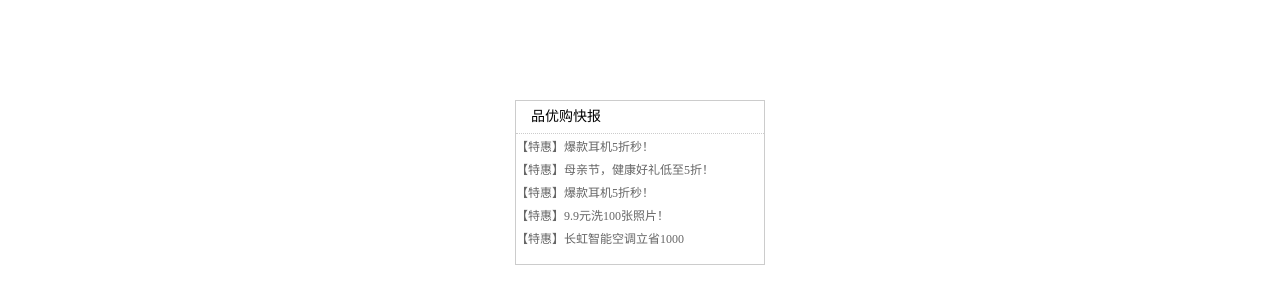
Repository: TheBestBadGuy0228/code
Page: 快报模块.html
The author's editor kept a copy of each file at every save. The page is drawn from the files as they stood at one save, then again after the next save.
The browser window is 1280 px wide. The pictures show the whole page.

Above is the page before, as saved 2021-12-08 13:48:57.

After the next save:
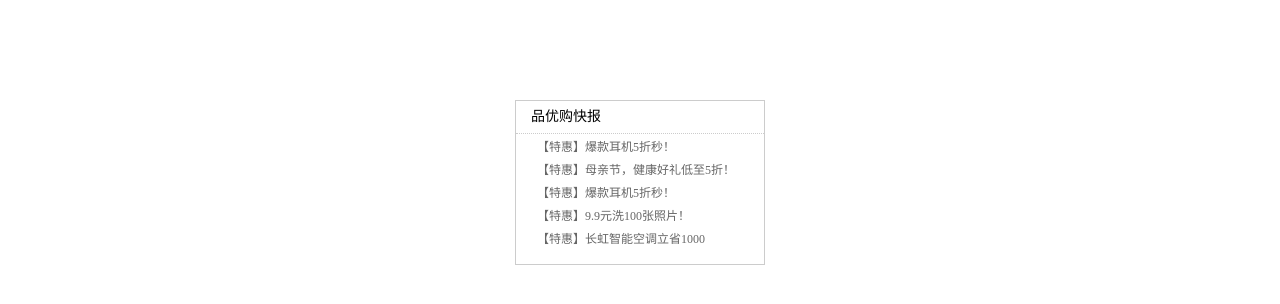
Saved 80 s later.
--- a/快报模块.html
+++ b/快报模块.html
@@ -44,6 +44,7 @@
         /* 去掉列表前面的小圆点 */
         li {
             list-style: none;
+            margin-left: 21px;
         }
 
         .kuaibao ul li {
